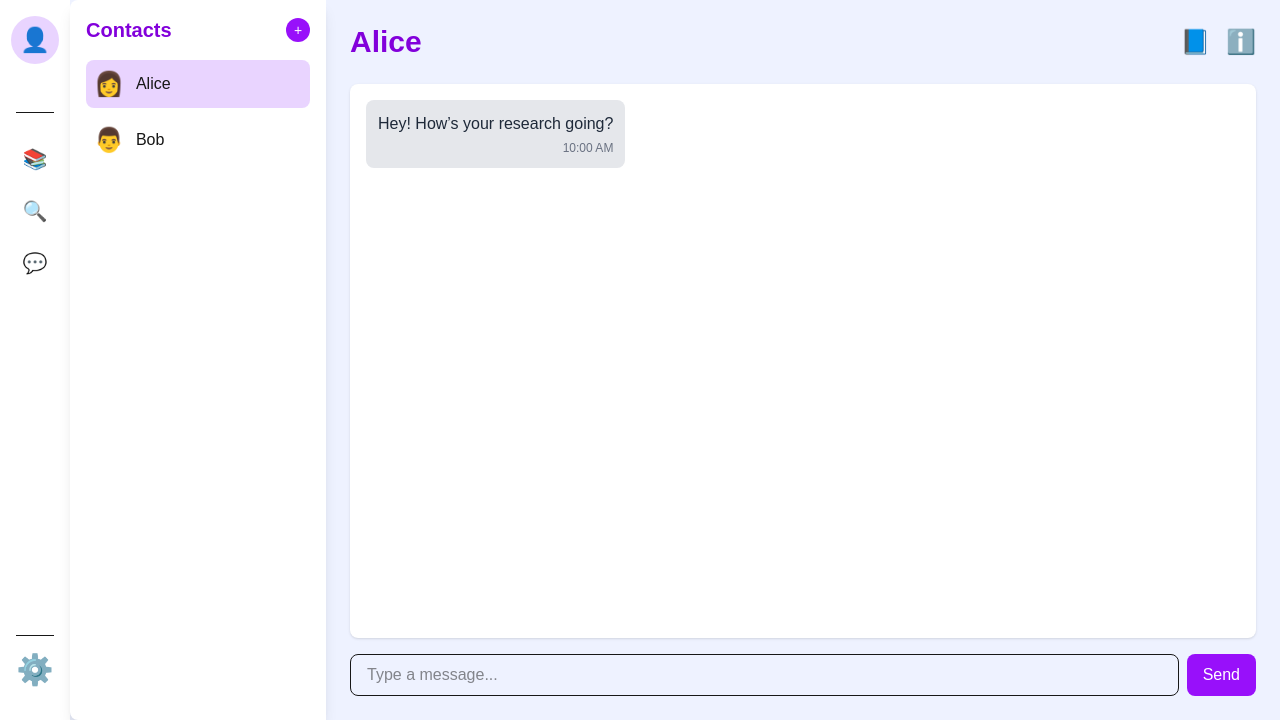
Repository: ramosfranz/bookie
Page: /chat
These files come from the project's save history. The page is drawn as it stood at one moment and after the next save; the edit follows.
The browser window is 1280 px wide. The pictures show the whole page.
The project was rebuilt for these pictures with package versions that can differ from the ones it lists, and the page was loaded fresh each time. The framework's server and built-in components were replaced by stand-ins that run in the browser. Also part of the build but not shown: next.config.ts, src/app/chat/AddContact.tsx, src/app/chat/FriendInfo.tsx.

Above is the page before, as saved 2025-11-21 12:04:41.

### src/app/layout.tsx
import type { Metadata } from "next";
import { Geist, Geist_Mono } from "next/font/google";
import "./globals.css";

const geistSans = Geist({
  variable: "--font-geist-sans",
  subsets: ["latin"],
});

const geistMono = Geist_Mono({
  variable: "--font-geist-mono",
  subsets: ["latin"],
});

export const metadata: Metadata = {
  title: "Bookie",
  description: "Generated by create next app",
};

export default function RootLayout({
  children,
}: Readonly<{
  children: React.ReactNode;
}>) {
  return (
    <html lang="en">
      <body
        className={`${geistSans.variable} ${geistMono.variable} antialiased`}
      >
        {children}
      </body>
    </html>
  );
}

### src/app/chat/page.tsx
"use client";

import { useState, useRef, useEffect } from "react";
import Sidebar from "../components/Sidebar";
import AddContactPopup from "./AddContact";
import FriendInfoPopup from "./FriendInfo";

interface Message {
  id: string;
  sender: "user" | "other";
  content: string;
  timestamp: string;
}

interface Contact {
  id: string;
  name: string;
  avatar: string;
  messages: Message[];
}

export default function ChatPage() {
  const dummyUser = {
    id: "00000000-0000-0000-0000-000000000001",
    email: "test@example.com",
    username: "TestUser",
  };

  const user = dummyUser;
  const [activeTab, setActiveTab] = useState<
    "research" | "leisure" | "discover" | "chat"
  >("chat");

  const [contacts, setContacts] = useState<Contact[]>([
    {
      id: "c1",
      name: "Alice",
      avatar: "👩",
      messages: [
        {
          id: "1",
          sender: "other",
          content: "Hey! How’s your research going?",
          timestamp: "10:00 AM",
        },
      ],
    },
    {
      id: "c2",
      name: "Bob",
      avatar: "👨",
      messages: [
        {
          id: "2",
          sender: "other",
          content: "Did you see the latest AI paper?",
          timestamp: "10:05 AM",
        },
      ],
    },
  ]);

  const [selectedContactId, setSelectedContactId] = useState("c1");
  const [newMessage, setNewMessage] = useState("");
  const [showAddContactPopup, setShowAddContactPopup] = useState(false);
  const [showInfoPopup, setShowInfoPopup] = useState(false);

  // ⭐ NEW — Avatar placeholder visibility toggle
  const [showAvatar, setShowAvatar] = useState(false);

  const chatEndRef = useRef<HTMLDivElement | null>(null);
  const selectedContact = contacts.find((c) => c.id === selectedContactId)!;

  // Dummy friend profile for popup
  const friendProfile = {
    id: selectedContact.id,
    name: selectedContact.name,
    nickname: selectedContact.name,
    topBooks: ["Atomic Habits", "The Alchemist", "Deep Work"],
    sharedHistory: [
      { title: "The Alchemist", date: "Jan 4, 2025" },
      { title: "Deep Work", date: "Dec 18, 2024" },
    ],
  };

  // Scroll chat to bottom
  useEffect(() => {
    chatEndRef.current?.scrollIntoView({ behavior: "smooth" });
  }, [selectedContact.messages]);

  const sendMessage = (text: string) => {
    if (!text.trim()) return;

    const timestamp = new Date().toLocaleTimeString([], {
      hour: "2-digit",
      minute: "2-digit",
    });

    const message: Message = {
      id: Math.random().toString(36).substr(2, 9),
      sender: "user",
      content: text,
      timestamp,
    };

    setContacts((prev) =>
      prev.map((c) =>
        c.id === selectedContactId
          ? { ...c, messages: [...c.messages, message] }
          : c
      )
    );

    setTimeout(() => {
      const aiMessage: Message = {
        id: Math.random().toString(36).substr(2, 9),
        sender: "other",
        content: "🤖 AI Response: I see! That’s interesting.",
        timestamp: new Date().toLocaleTimeString([], {
          hour: "2-digit",
          minute: "2-digit",
        }),
      };

      setContacts((prev) =>
        prev.map((c) =>
          c.id === selectedContactId
            ? { ...c, messages: [...c.messages, aiMessage] }
            : c
        )
      );
    }, 1000);
  };

  const handleSend = () => {
    sendMessage(newMessage);
    setNewMessage("");
  };

  const handleKeyPress = (e: React.KeyboardEvent<HTMLInputElement>) => {
    if (e.key === "Enter") handleSend();
  };

  const [isCollapsed, setIsCollapsed] = useState(false);

  return (
    <div className="min-h-screen flex bg-indigo-50 relative">
      <Sidebar activeTab={activeTab} user={user} />

      <main className="flex-1 flex relative">
        {/* CONTACTS SIDEBAR */}
        <div
          onClick={() => setIsCollapsed(!isCollapsed)}
          className={`bg-white shadow-lg rounded-l-lg flex flex-col transition-all duration-300 ${
            isCollapsed ? "w-16" : "w-64"
          }`}
        >
          <div className="p-4 flex flex-col flex-1">
            {!isCollapsed && (
              <div className="flex items-center justify-between mb-4">
                <h2 className="text-xl font-bold text-purple-700">Contacts</h2>

                <button
                  onClick={(e) => {
                    e.stopPropagation();
                    setShowAddContactPopup(true);
                  }}
                  className="text-white bg-purple-600 hover:bg-purple-700 rounded-full w-6 h-6 flex items-center justify-center text-sm"
                >
                  +
                </button>
              </div>
            )}

            {/* CONTACT LIST */}
            <div className="flex flex-col gap-2 overflow-y-auto flex-1">
              {contacts.map((contact) => (
                <button
                  key={contact.id}
                  onClick={(e) => {
                    e.stopPropagation();
                    setSelectedContactId(contact.id);
                    setShowAvatar(false); // reset avatar visibility when switching contacts
                  }}
                  className={`flex items-center gap-3 p-2 rounded-lg text-left hover:bg-purple-100 transition ${
                    contact.id === selectedContactId ? "bg-purple-200" : ""
                  }`}
                >
                  <span className="text-2xl">{contact.avatar}</span>
                  {!isCollapsed && (
                    <span className="font-medium">{contact.name}</span>
                  )}
                </button>
              ))}
            </div>
          </div>
        </div>

        {/* CHAT VIEW */}
        <div className="flex-1 flex flex-col p-6">
          {/* ⭐ AVATAR PLACEHOLDER ABOVE NAME */}
          {showAvatar && (
            <div className="w-full bg-white rounded-xl shadow flex items-center justify-center mb-6 h-48">
              <span className="text-gray-400">
                [User 2D Avatar Placeholder]
              </span>
            </div>
          )}

          {/* CHAT HEADER */}
          <div className="flex items-center justify-between mb-6 w-full">
            <h1 className="text-3xl font-bold text-purple-700">
              {selectedContact.name}
            </h1>

            <div className="flex items-center gap-4 text-2xl ml-auto">
              {/* ⭐ BOOK ICON TOGGLE AVATAR */}
              <button
                onClick={() => setShowAvatar((prev) => !prev)}
                className="hover:text-purple-600 transition"
                title="Show Avatar"
              >
                📘
              </button>

              {/* INFO POPUP */}
              <button
                onClick={() => setShowInfoPopup(true)}
                className="hover:text-purple-600 transition"
                title="Contact Info"
              >
                ℹ️
              </button>
            </div>
          </div>

          {/* CHAT LOG */}
           <div className="flex-1 overflow-y-auto bg-white p-4 rounded-lg shadow mb-4">
    {selectedContact.messages.map((msg) => (
      <div
        key={msg.id}
        className={`flex mb-3 ${msg.sender === "user" ? "justify-end" : "justify-start"}`}
      >
        <div
          className={`p-3 rounded-lg max-w-xs break-words ${
            msg.sender === "user" ? "bg-purple-600 text-white" : "bg-gray-200 text-gray-800"
          }`}
        >
          <p>{msg.content}</p>
          <span className="text-xs text-gray-500 block text-right mt-1">
            {msg.timestamp}
          </span>
        </div>
      </div>
    ))}
    <div ref={chatEndRef}></div>
  </div>

          {/* INPUT */}
          <div className="flex gap-2">
            <input
              type="text"
              placeholder="Type a message..."
              value={newMessage}
              onChange={(e) => setNewMessage(e.target.value)}
              onKeyPress={handleKeyPress}
              className="flex-1 px-4 py-2 rounded-lg border outline-none"
            />
            <button
              onClick={handleSend}
              className="px-4 py-2 bg-purple-600 text-white rounded-lg hover:bg-purple-700 transition"
            >
              Send
            </button>
          </div>
        </div>
      </main>

      {/* ADD CONTACT POPUP */}
      <AddContactPopup
        isOpen={showAddContactPopup}
        onClose={() => setShowAddContactPopup(false)}
        onAddFriend={(username) => {
          const newId = "c" + Math.random().toString(36).substr(2, 5);
          setContacts((prev) => [
            ...prev,
            { id: newId, name: username, avatar: "👤", messages: [] },
          ]);
          setShowAddContactPopup(false);
        }}
        onCreateGroup={(groupName) => {
          const newId = "g" + Math.random().toString(36).substr(2, 5);
          setContacts((prev) => [
            ...prev,
            { id: newId, name: groupName + " (Group)", avatar: "👥", messages: [] },
          ]);
          setShowAddContactPopup(false);
        }}
      />

      {/* FRIEND INFO POPUP */}
      <FriendInfoPopup
        isOpen={showInfoPopup}
        onClose={() => setShowInfoPopup(false)}
        friend={friendProfile}
        onUpdateNickname={(newNick) => console.log("Nickname updated:", newNick)}
        onUnfriend={() => console.log("Unfriend clicked")}
      />
    </div>
  );
}

### src/app/components/Sidebar.tsx
"use client";

import { useState } from "react";
import Link from "next/link";

export default function Sidebar({ activeTab, user }) {
  const [isCollapsed, setIsCollapsed] = useState(true);

  // Prevent sidebar links from triggering collapse
  const handleLinkClick = (e: React.MouseEvent) => {
    e.stopPropagation();
  };

  return (
    <aside
      onClick={() => setIsCollapsed(!isCollapsed)}
      className={`${
        isCollapsed ? "w-[70px]" : "w-[180px]"
      } bg-white shadow-lg p-4 flex flex-col items-center transition-all duration-300 cursor-pointer`}
    >
      {/* Profile Section */}
      <Link href="/profile" onClick={handleLinkClick} className="mb-8 flex flex-col items-center">
        <div className="w-12 h-12 bg-purple-200 rounded-full flex items-center justify-center text-2xl">
          👤
        </div>
        {!isCollapsed && (
          <p className="mt-3 font-semibold text-purple-700">{user.username}</p>
        )}
      </Link>

      <div className="w-full border-t my-4"></div>

      {/* Tabs */}
      <nav className="flex flex-col items-center gap-6 mt-4">
        {/* Library */}
        <Link
          href="/dashboard"
          onClick={handleLinkClick}
          className={`flex flex-col items-center text-xl ${
            activeTab === "dashboard"
              ? "text-purple-600"
              : "text-gray-500 hover:text-gray-700"
          }`}
        >
          📚
          {!isCollapsed && <span className="text-sm mt-1">Library</span>}
        </Link>

        {/* Discover */}
        <Link
          href="/discover"
          onClick={handleLinkClick}
          className={`flex flex-col items-center text-xl ${
            activeTab === "discover"
              ? "text-purple-600"
              : "text-gray-500 hover:text-gray-700"
          }`}
        >
          🔍
          {!isCollapsed && <span className="text-sm mt-1">Discover</span>}
        </Link>

        {/* Chat */}
        <Link
          href="/chat"
          onClick={handleLinkClick}
          className={`flex flex-col items-center text-xl ${
            activeTab === "chat"
              ? "text-purple-600"
              : "text-gray-500 hover:text-gray-700"
          }`}
        >
          💬
          {!isCollapsed && <span className="text-sm mt-1">Chat</span>}
        </Link>
      </nav>

      <div className="w-full border-t my-4 mt-auto"></div>

      <button
        onClick={(e) => e.stopPropagation()}
        className="text-gray-500 hover:text-gray-700 text-3xl mb-4"
      >
        ⚙️
      </button>
    </aside>
  );
}

Loaded but not shown: src/app/globals.css (common file)

After the next save:
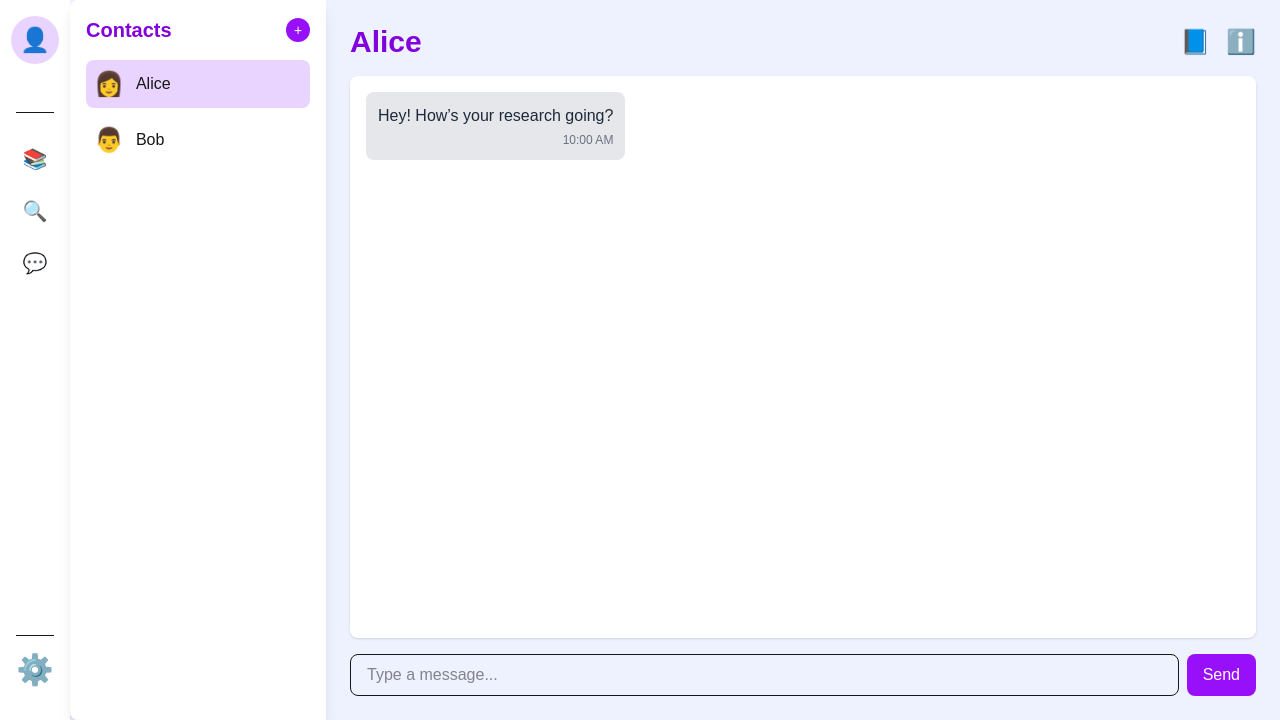
Saved 31 s later.
--- a/src/app/chat/page.tsx
+++ b/src/app/chat/page.tsx
@@ -197,45 +197,41 @@ export default function ChatPage() {
         </div>
 
         {/* CHAT VIEW */}
-        <div className="flex-1 flex flex-col p-6">
-          {/* ⭐ AVATAR PLACEHOLDER ABOVE NAME */}
-          {showAvatar && (
-            <div className="w-full bg-white rounded-xl shadow flex items-center justify-center mb-6 h-48">
-              <span className="text-gray-400">
-                [User 2D Avatar Placeholder]
-              </span>
-            </div>
-          )}
-
-          {/* CHAT HEADER */}
-          <div className="flex items-center justify-between mb-6 w-full">
-            <h1 className="text-3xl font-bold text-purple-700">
-              {selectedContact.name}
-            </h1>
-
-            <div className="flex items-center gap-4 text-2xl ml-auto">
-              {/* ⭐ BOOK ICON TOGGLE AVATAR */}
-              <button
-                onClick={() => setShowAvatar((prev) => !prev)}
-                className="hover:text-purple-600 transition"
-                title="Show Avatar"
-              >
-                📘
-              </button>
-
-              {/* INFO POPUP */}
-              <button
-                onClick={() => setShowInfoPopup(true)}
-                className="hover:text-purple-600 transition"
-                title="Contact Info"
-              >
-                ℹ️
-              </button>
-            </div>
-          </div>
-
-          {/* CHAT LOG */}
-           <div className="flex-1 overflow-y-auto bg-white p-4 rounded-lg shadow mb-4">
+        {/* CHAT VIEW */}
+<div className="flex-1 flex flex-col p-6">
+  {/* ⭐ AVATAR PLACEHOLDER ABOVE NAME */}
+  {showAvatar && (
+    <div className="w-full bg-white rounded-xl shadow flex items-center justify-center mb-6 h-48">
+      <span className="text-gray-400">[User 2D Avatar Placeholder]</span>
+    </div>
+  )}
+
+  {/* CHAT HEADER */}
+  <div className="flex items-center justify-between mb-4 w-full">
+    <h1 className="text-3xl font-bold text-purple-700">
+      {selectedContact.name}
+    </h1>
+
+    <div className="flex items-center gap-4 text-2xl ml-auto">
+      <button
+        onClick={() => setShowAvatar((prev) => !prev)}
+        className="hover:text-purple-600 transition"
+        title="Show Avatar"
+      >
+        📘
+      </button>
+      <button
+        onClick={() => setShowInfoPopup(true)}
+        className="hover:text-purple-600 transition"
+        title="Contact Info"
+      >
+        ℹ️
+      </button>
+    </div>
+  </div>
+
+  {/* CHAT LOG - SCROLLABLE */}
+  <div className="flex-1 overflow-y-auto bg-white p-4 rounded-lg shadow mb-4">
     {selectedContact.messages.map((msg) => (
       <div
         key={msg.id}
@@ -256,24 +252,25 @@ export default function ChatPage() {
     <div ref={chatEndRef}></div>
   </div>
 
-          {/* INPUT */}
-          <div className="flex gap-2">
-            <input
-              type="text"
-              placeholder="Type a message..."
-              value={newMessage}
-              onChange={(e) => setNewMessage(e.target.value)}
-              onKeyPress={handleKeyPress}
-              className="flex-1 px-4 py-2 rounded-lg border outline-none"
-            />
-            <button
-              onClick={handleSend}
-              className="px-4 py-2 bg-purple-600 text-white rounded-lg hover:bg-purple-700 transition"
-            >
-              Send
-            </button>
-          </div>
-        </div>
+  {/* INPUT */}
+  <div className="flex gap-2">
+    <input
+      type="text"
+      placeholder="Type a message..."
+      value={newMessage}
+      onChange={(e) => setNewMessage(e.target.value)}
+      onKeyPress={handleKeyPress}
+      className="flex-1 px-4 py-2 rounded-lg border outline-none"
+    />
+    <button
+      onClick={handleSend}
+      className="px-4 py-2 bg-purple-600 text-white rounded-lg hover:bg-purple-700 transition"
+    >
+      Send
+    </button>
+  </div>
+</div>
+
       </main>
 
       {/* ADD CONTACT POPUP */}
